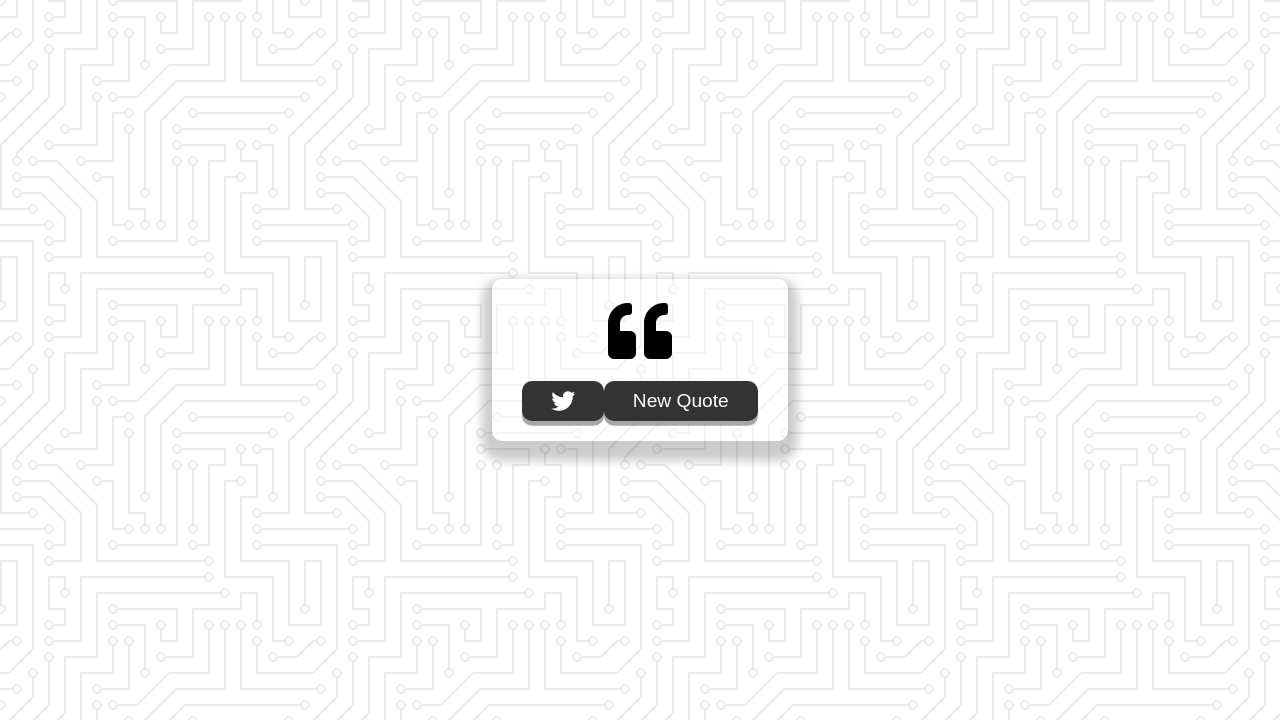
Repository: Badynko/quote-generator
Page: index.html
An editor plug-in stored every save of this project. The page is shown before and after the next save, followed by the edit.
The browser window is 1280 px wide. The pictures show the whole page.
The page's requests for data from a server got no answer. Some web libraries are served in a nearby version.

Above is the page before, as saved 2024-05-09 18:42:53.

### index.html
<!DOCTYPE html>
<html lang="en">
  <head>
    <meta charset="UTF-8" />
    <meta http-equiv="Permissions-Policy" content="interest-cohort=()" />
    <meta name="viewport" content="width=device-width, initial-scale=1.0" />
    <title>Template</title>
    <link rel="icon" type="image/png" href="favicon.png" />

    <link
      rel="stylesheet"
      href="https://cdnjs.cloudflare.com/ajax/libs/font-awesome/5.10.2/css/all.min.css"
    />
    <link rel="stylesheet" href="style.css" />
  </head>
  <body>
    <div class="quote-container" id="quote-container">
      <!-- Quote -->
      <div class="quote-text">
        <i class="fas fa-quote-left"></i>
        <span id="quote"> </span>
      </div>
      <!-- Author -->
      <div class="quote-author">
        <span id="author"></span>
      </div>
      <!-- Buttons -->
      <div class="button-container">
        <button class="twitter-button" id="twitter" title="Tweet This!">
          <i class="fab fa-twitter"></i>
        </button>
        <button id="new-quote">New Quote</button>
      </div>
    </div>
    <!-- Loader -->
    <div class="loader" id="loader"></div>
    <!-- Script -->
    <script src="quotes.js"></script>
    <script src="script.js"></script>
  </body>
</html>

### style.css
@import url("https://fonts.googleapis.com/css2?family=Montserrat:ital,wght@0,100..900;1,100..900&display=swap");

html {
  box-sizing: border-box;
}

body {
  margin: 0;
  min-height: 100vh;
  background-color: #ffffff;
  background-image: url("data:[embedded picture, 5330 characters]");
  color: #000;
  font-family: Montserrat, sans-serif;
  font-weight: 700;
  text-align: center;
  display: flex;
  align-items: center;
  justify-content: center;
}

.quote-container {
  width: auto;
  max-width: 900px;
  padding: 20px 30px;
  border-radius: 10px;
  background-color: rgba(255, 255, 255, 0.4);
  box-shadow: 0 10px 10px 10px rgba(0, 0, 0, 0.2);
}

.quote-text {
  font-size: 2.75rem;
}

.long-quote {
  font-size: 2rem;
}

.fa-quote-left {
  font-size: 4rem;
}

.quote-author {
  margin-top: 15px;
  font-size: 2rem;
  font-weight: 400;
  font-style: italic;
}

.button-container {
  margin-top: 15px;
  display: flex;
  justify-content: space-between;
}

button {
  cursor: pointer;
  font-size: 1.2rem;
  height: 2.5rem;
  border: none;
  border-radius: 10px;
  color: #fff;
  background: #333;
  outline: none;
  padding: 0.5rem 1.8rem;
  box-shadow: 0 0.3rem rgba(121, 121, 121, 0.65);
}

button:hover {
  filter: brightness(110%);
}

button:active {
  transform: translate(0, 0.3rem);
  box-shadow: 0 0.1rem rgba(255, 255, 255, 0.65);
}

.twitter-button:hover {
  color: #38a1f3;
}

.fa-twitter {
  font-size: 1.5rem;
}

/* Media Query: Tablet or Smaller */
@media screen and (max-width: 1000px) {
  .quote-container {
    margin: auto 10px;
  }

  .quote-text {
    font-size: 2.5rem;
  }
}

### quotes.js
const localQuotes = [
  {
    text: "Tenis je velmi pekný šport, hraj ho!",
    author: "Bady",
  },
  {
    text: "Nefetuj hneď ráno, najskor raňajky!",
    author: "Giga",
  },
  {
    text: "Ak ti dáva na eurovej, skús dvojeurovú!",
    author: "Miga",
  },
  {
    text: "Netreba ti vela, stačí byť v rauši!",
    author: "Stener",
  },
  {
    text: "Sliač je krásny ako háj, ty máj!",
    author: "Lubka",
  },
  {
    text: "Nikdy si neprehral, kým si neprestal hrať!",
    author: "Tipsport",
  },
  {
    text: "Skús zvýšiť, bude dobre!",
    author: "Synot",
  },
];

### script.js
const quoteContainer = document.getElementById("quote-container");
const quoteText = document.getElementById("quote");
const authorText = document.getElementById("author");
const twitterBtn = document.getElementById("twitter");
const newQuoteBtn = document.getElementById("new-quote");

let apiQuotes = [];

// Show New Quote
function newQuote() {
  // Pick a random quote from apiQuotes array
  const quote = apiQuotes[Math.floor(Math.random() * apiQuotes.length)];
  // Check if Author is blank and replace it with 'Unknown'
  if (!quote.author) {
    authorText.textContent = "Unknown";
  } else {
    authorText.textContent = quote.author;
  }
  // Check Quote length to determine styling
  if (quote.text.length > 120) {
    quoteText.classList.add("long-quote");
  } else {
    quoteText.classList.remove("long-quote");
  }

  quoteText.textContent = quote.text;
}

// Get Quotes from API
async function getQuotes() {
  const apiUrl = "https://type.fit/api/quotes";
  try {
    const response = await fetch(apiUrl);
    apiQuotes = await response.json();
    newQuote();
  } catch (error) {
    // Catch Error Here
  }
}

// Tweet Quote
function tweetQuote() {
  const twitterUrl = `https://twitter.com/intent/tweet?text=${quoteText.textContent} - ${authorText.textContent}`;
  window.open(twitterUrl, "_blank");
}

// Event Listeners
newQuoteBtn.addEventListener("click", newQuote);
twitterBtn.addEventListener("click", tweetQuote);

// On Load
getQuotes();

After the next save:
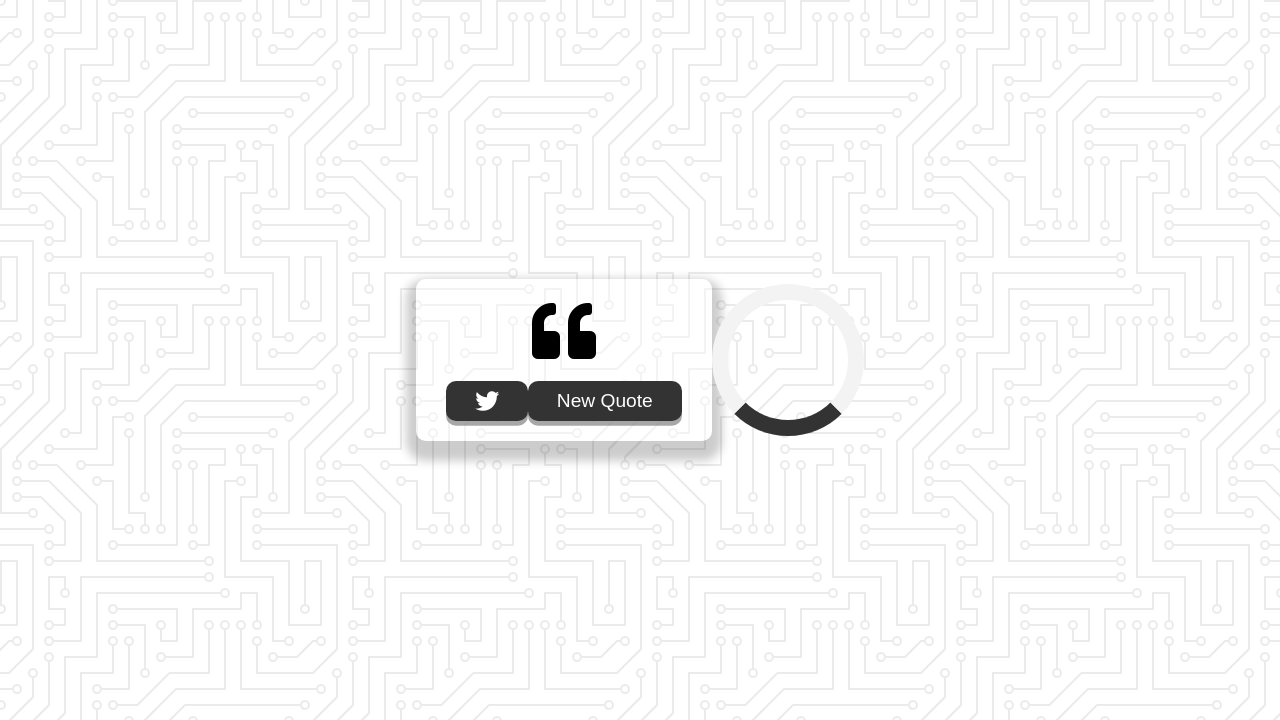
Saved 39 s later.
--- a/style.css
+++ b/style.css
@@ -82,6 +82,26 @@ button:active {
   font-size: 1.5rem;
 }
 
+/* Loader */
+
+.loader {
+  border: 16px solid #f3f3f3; /* Light grey */
+  border-top: 16px solid #333; /* Blue */
+  border-radius: 50%;
+  width: 120px;
+  height: 120px;
+  animation: spin 2s linear infinite;
+}
+
+@keyframes spin {
+  0% {
+    transform: rotate(0deg);
+  }
+  100% {
+    transform: rotate(360deg);
+  }
+}
+
 /* Media Query: Tablet or Smaller */
 @media screen and (max-width: 1000px) {
   .quote-container {
